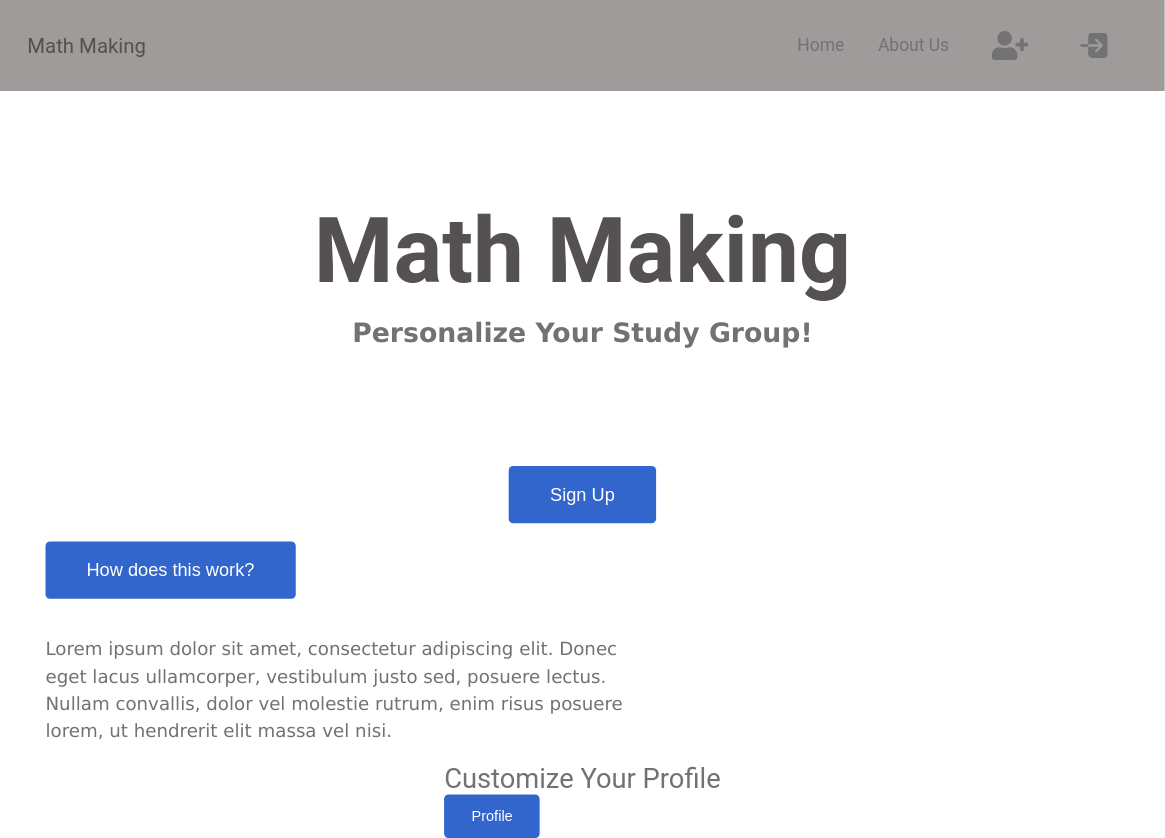
Repository: BuddyBob/mathmaking
Page: /#/, after clicking the first element matching `button.expand-button`
These files come from the project's save history. The page is drawn as it stood at one moment and after the next save; the edit follows.
The browser window is 1280 px wide. The pictures show the whole page, at 91% of full size.
The project was rebuilt for these pictures with package versions that can differ from the ones it lists, and the page was loaded fresh each time. Also part of the build but not shown: src/components/register/Login.js, src/components/register/Signup.js.

Above is the page before, as saved 2023-06-10 13:55:59.

After the next save:
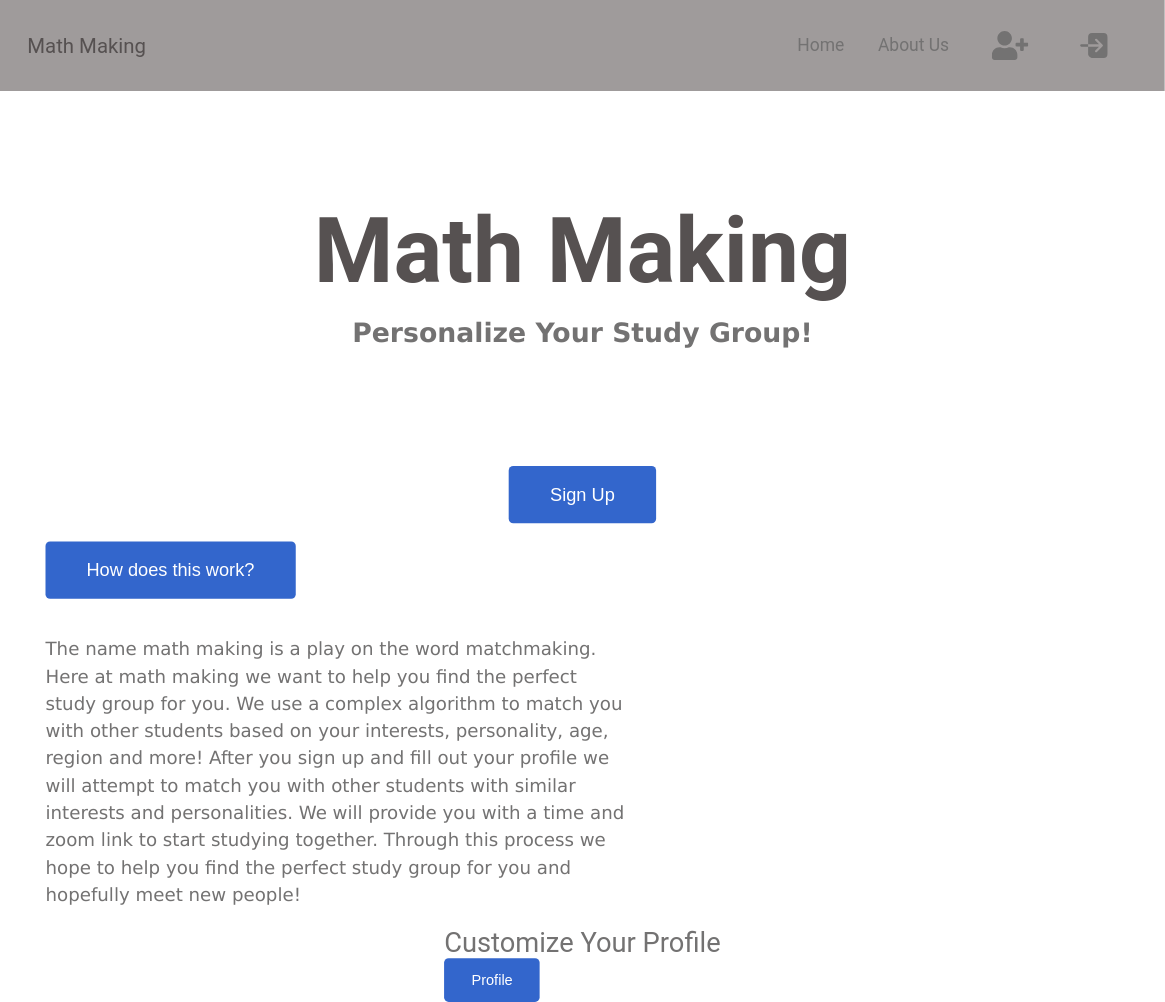
Saved 4 min 2 s later.
--- a/src/Home.js
+++ b/src/Home.js
@@ -66,9 +66,11 @@
                         {expanded && (
                             <div className="expanded-content">
                             <p>
-                                Lorem ipsum dolor sit amet, consectetur adipiscing elit. Donec eget lacus ullamcorper,
-                                vestibulum justo sed, posuere lectus. Nullam convallis, dolor vel molestie rutrum,
-                                enim risus posuere lorem, ut hendrerit elit massa vel nisi.
+                                The name math making is a play on the word matchmaking. Here at math making we want to help you find the perfect study group for you.
+                                We use a complex algorithm to match you with other students based on your interests, personality, age, region and more!
+                                After you sign up and fill out your profile we will attempt to match you with other students with similar interests and personalities.
+                                We will provide you with a time and zoom link to start studying together. Through this process we hope to help you find the perfect study group for you
+                                and hopefully meet new people!
                             </p>
                             </div>
                         )}
